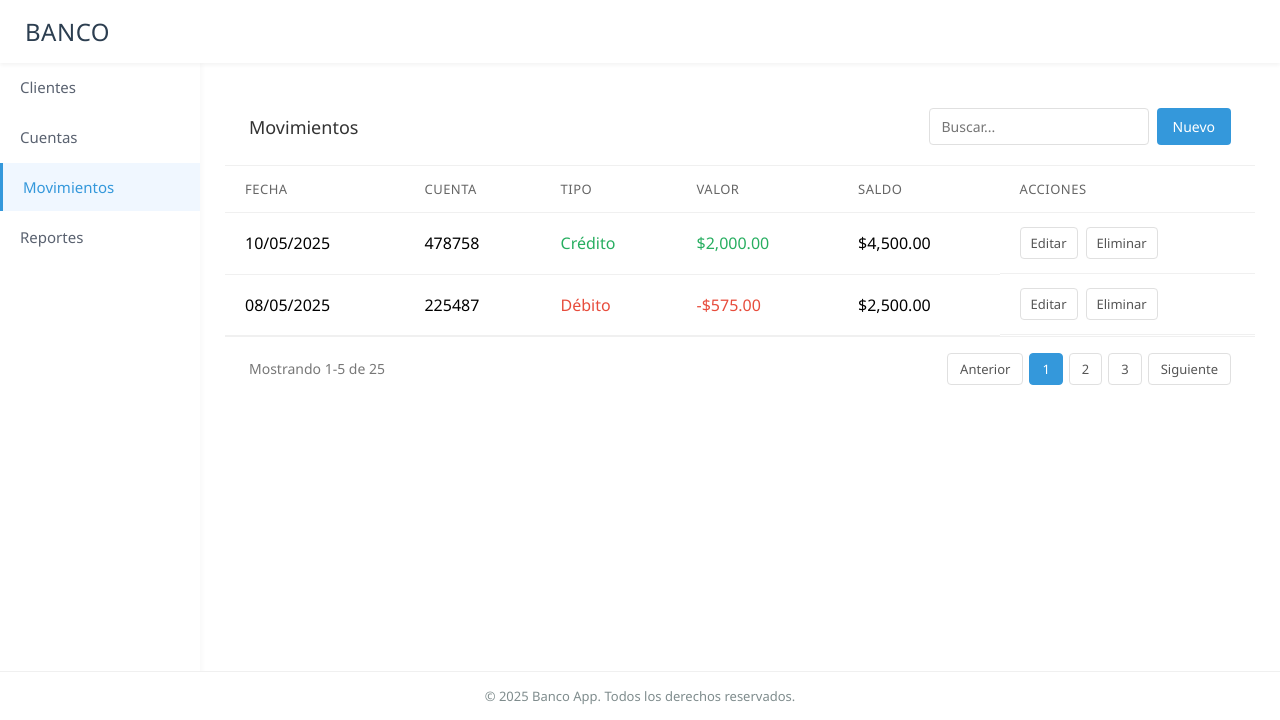
Repository: nder1996/Bank-Devsu
Page: /movimientos (app in Frontend/banco-devsu/)
An editor plug-in stored every save of this project. The page is shown before and after the next save, followed by the edit.
The browser window is 1280 px wide. The pictures show the whole page.
The project was rebuilt for these pictures with package versions that can differ from the ones it lists, and the page was loaded fresh each time. Also part of the build but not shown: Frontend/banco-devsu/angular.json, Frontend/banco-devsu/src/app/presentation/pages/clientes/clientes.component.ts, Frontend/banco-devsu/src/app/core/services/cliente.service.ts, Frontend/banco-devsu/src/environments/environment.ts, Frontend/banco-devsu/src/app/presentation/pages/cuentas/cuentas.component.ts, Frontend/banco-devsu/src/app/presentation/pages/reportes/reportes.component.ts.

Above is the page before, as saved 2025-08-22 09:19:05.

### Frontend/banco-devsu/src/index.html
<!doctype html>
<html lang="en">
<head>
  <meta charset="utf-8">
  <title>BancoDevsu</title>
  <base href="/">
  <meta name="viewport" content="width=device-width, initial-scale=1">
  <link rel="icon" type="image/x-icon" href="favicon.ico">
</head>
<body>
  <app-root></app-root>
</body>
</html>

### Frontend/banco-devsu/src/styles.css
/* You can add global styles to this file, and also import other style files */
* {
  box-sizing: border-box;
  font-family: 'Segoe UI', Roboto, 'Helvetica Neue', Arial, sans-serif;
  margin: 0;
  padding: 0;
}

html, body {
  height: 100%;
  overflow: hidden; /* Evita el scroll en el body */
}

.app-container {
  display: flex;
  flex-direction: column;
  height: 100vh;
  overflow: hidden;
}

.main-content {
  display: flex;
  flex: 1;
  height: calc(100vh - 115px); /* Altura total - (header + footer) */
  overflow: hidden;
}

.content {
  flex: 1;
  overflow-y: auto; /* Solo scroll en el área de contenido */
  padding: 25px;
}

### Frontend/banco-devsu/src/app/app.module.ts
import { NgModule } from '@angular/core';
import { BrowserModule } from '@angular/platform-browser';

import { AppRoutingModule } from './app-routing.module';
import { AppComponent } from './app.component';
import { HeaderComponent } from './presentation/layout/header/header.component';
import { SidebarComponent } from './presentation/layout/sidebar/sidebar.component';
import { ClientesComponent } from './presentation/pages/clientes/clientes.component';
import { CuentasComponent } from './presentation/pages/cuentas/cuentas.component';
import { MovimientosComponent } from './presentation/pages/movimientos/movimientos.component';
import { ReportesComponent } from './presentation/pages/reportes/reportes.component';
import { FooterComponent } from './presentation/layout/footer/footer.component';

@NgModule({
  declarations: [
    AppComponent,
    HeaderComponent,
    SidebarComponent,
    ClientesComponent,
    CuentasComponent,
    MovimientosComponent,
    ReportesComponent,
    FooterComponent
  ],
  imports: [
    BrowserModule,
    AppRoutingModule
  ],
  providers: [],
  bootstrap: [AppComponent]
})
export class AppModule { }

### Frontend/banco-devsu/src/app/app-routing.module.ts
import { NgModule } from '@angular/core';
import { RouterModule, Routes } from '@angular/router';
import { ClientesComponent } from './presentation/pages/clientes/clientes.component';
import { CuentasComponent } from './presentation/pages/cuentas/cuentas.component';
import { MovimientosComponent } from './presentation/pages/movimientos/movimientos.component';
import { ReportesComponent } from './presentation/pages/reportes/reportes.component';

const routes: Routes = [
  { path: '', redirectTo: '/clientes', pathMatch: 'full' },
  { path: 'clientes', component: ClientesComponent },
  //{ path: 'clientes/nuevo', component: ClienteFormComponent },
  //{ path: 'clientes/editar/:id', component: ClienteFormComponent },
  { path: 'cuentas', component: CuentasComponent },
  //{ path: 'cuentas/nuevo', component: CuentaFormComponent },
  //{ path: 'cuentas/editar/:id', component: CuentaFormComponent },
  { path: 'movimientos', component: MovimientosComponent },
  //{ path: 'movimientos/nuevo', component: MovimientoFormComponent },
  { path: 'reportes', component: ReportesComponent }
];

@NgModule({
  imports: [RouterModule.forRoot(routes)],
  exports: [RouterModule]
})
export class AppRoutingModule { }

### Frontend/banco-devsu/src/app/app.component.ts
import { Component } from '@angular/core';

@Component({
  selector: 'app-root',
  templateUrl: './app.component.html',
  styleUrls: ['./app.component.css']
})
export class AppComponent {
  title = 'banco-devsu';
}

### Frontend/banco-devsu/src/app/presentation/pages/movimientos/movimientos.component.ts
import { Component } from '@angular/core';

@Component({
  selector: 'app-movimientos',
  templateUrl: './movimientos.component.html',
  styleUrls: ['./movimientos.component.css']
})
export class MovimientosComponent {
 // Datos quemados
  items = [
    { fecha: '10/08/2025', cuenta: '478758', tipo: 'Crédito', valor: 2000, saldo: 4500 },
    { fecha: '08/08/2025', cuenta: '225487', tipo: 'Débito', valor: -575, saldo: 2500 },
    { fecha: '05/08/2025', cuenta: '495878', tipo: 'Crédito', valor: 600, saldo: 700 },
    { fecha: '01/08/2025', cuenta: '496825', tipo: 'Débito', valor: -150, saldo: 0 },
    { fecha: '30/07/2025', cuenta: '478758', tipo: 'Crédito', valor: 1500, saldo: 3000 },
    { fecha: '28/07/2025', cuenta: '225487', tipo: 'Débito', valor: -800, saldo: 3075 },
    { fecha: '26/07/2025', cuenta: '495878', tipo: 'Crédito', valor: 100, saldo: 100 },
    { fecha: '20/07/2025', cuenta: '496825', tipo: 'Débito', valor: -250, saldo: 150 },
    { fecha: '15/07/2025', cuenta: '478758', tipo: 'Crédito', valor: 1000, saldo: 1500 },
    { fecha: '10/07/2025', cuenta: '225487', tipo: 'Débito', valor: -125, saldo: 3875 },
    { fecha: '05/07/2025', cuenta: '495878', tipo: 'Crédito', valor: 900, saldo: 1000 },
    { fecha: '01/07/2025', cuenta: '496825', tipo: 'Débito', valor: -300, saldo: 400 }
  ];

   // Variables de paginación
  paginatedItems: any[] = [];
  currentPage = 1;
  pageSize = 5;
  totalPages = 0;
  pages: number[] = [];
  startIndex = 0;
  endIndex = 0;

  ngOnInit() {
    this.totalPages = Math.ceil(this.items.length / this.pageSize);
    this.generatePages();
    this.updatePage();
  }

  // Generar array de números de página
  generatePages() {
    this.pages = [];
    for (let i = 1; i <= this.totalPages; i++) {
      this.pages.push(i);
    }
  }

  // Cambiar a la página seleccionada
  changePage(page: number) {
    if (page >= 1 && page <= this.totalPages) {
      this.currentPage = page;
      this.updatePage();
    }
  }

  // Actualizar elementos mostrados
  updatePage() {
    this.startIndex = (this.currentPage - 1) * this.pageSize;
    this.endIndex = Math.min(this.startIndex + this.pageSize, this.items.length);
    this.paginatedItems = this.items.slice(this.startIndex, this.endIndex);
  }
}

### Frontend/banco-devsu/src/app/app.component.html
<div class="app-container">
  <app-header></app-header>
  <div class="main-content">
    <app-sidebar></app-sidebar>
    <main class="content">
      <router-outlet></router-outlet>
    </main>
  </div>
  <app-footer></app-footer>
</div>

### Frontend/banco-devsu/src/app/presentation/layout/header/header.component.html
<header class="header">
  <h1 class="header-title">BANCO</h1>
</header>

### Frontend/banco-devsu/src/app/presentation/layout/header/header.component.css
.header {
  background-color: white;
  box-shadow: 0 2px 4px rgba(0, 0, 0, 0.05);
  padding: 15px 25px;
  position: sticky;
  top: 0;
  z-index: 100;
}

.header-title {
  color: #2c3e50;
  font-size: 24px;
  font-weight: 500;
  letter-spacing: 0.5px;
  margin: 0;
}

### Frontend/banco-devsu/src/app/presentation/layout/sidebar/sidebar.component.html
<nav class="sidebar">
  <ul class="sidebar-menu">
    <li class="sidebar-item" [routerLinkActive]="'active'">
      <a [routerLink]="['/clientes']">Clientes</a>
    </li>
    <li class="sidebar-item" [routerLinkActive]="'active'">
      <a [routerLink]="['/cuentas']">Cuentas</a>
    </li>
    <li class="sidebar-item" [routerLinkActive]="'active'">
      <a [routerLink]="['/movimientos']">Movimientos</a>
    </li>
    <li class="sidebar-item" [routerLinkActive]="'active'">
      <a [routerLink]="['/reportes']">Reportes</a>
    </li>
  </ul>
</nav>

### Frontend/banco-devsu/src/app/presentation/layout/sidebar/sidebar.component.css
.sidebar {
  background-color: white;
  box-shadow: 2px 0 5px rgba(0, 0, 0, 0.03);
  height: calc(100vh - 60px);
  width: 200px;
}

.sidebar-menu {
  list-style: none;
  margin: 0;
  padding: 0;
}

.sidebar-item {
  margin-bottom: 2px;
}

.sidebar-item a {
  color: #5a6270;
  display: block;
  font-size: 15px;
  padding: 14px 20px;
  text-decoration: none;
  transition: all 0.2s ease;
}

.sidebar-item a:hover {
  background-color: #f8f9fa;
  color: #3498db;
  padding-left: 24px;
}

.sidebar-item.active a {
  background-color: #f0f7ff;
  border-left: 3px solid #3498db;
  color: #3498db;
  font-weight: 500;
}

### Frontend/banco-devsu/src/app/presentation/pages/movimientos/movimientos.component.html
<div class="table-section">
  <!-- Título y barra de búsqueda -->
  <div class="table-header">
    <h2>Movimientos</h2>
    <div class="actions">
      <input type="text" class="search" placeholder="Buscar...">
      <button class="btn-add">Nuevo</button>
    </div>
  </div>

  <!-- Tabla de datos -->
  <table class="data-table">
    <thead>
      <tr>
        <th>Fecha</th>
        <th>Cuenta</th>
        <th>Tipo</th>
        <th>Valor</th>
        <th>Saldo</th>
        <th>Acciones</th>
      </tr>
    </thead>
    <tbody>
      <tr>
        <td>10/05/2025</td>
        <td>478758</td>
        <td class="tipo-credito">Crédito</td>
        <td class="valor-positivo">$2,000.00</td>
        <td>$4,500.00</td>
        <td class="actions">
          <button class="btn-edit">Editar</button>
          <button class="btn-delete">Eliminar</button>
        </td>
      </tr>
      <tr>
        <td>08/05/2025</td>
        <td>225487</td>
        <td class="tipo-debito">Débito</td>
        <td class="valor-negativo">-$575.00</td>
        <td>$2,500.00</td>
        <td class="actions">
          <button class="btn-edit">Editar</button>
          <button class="btn-delete">Eliminar</button>
        </td>
      </tr>
      <!-- Filas adicionales aquí -->
    </tbody>
  </table>

  <!-- Paginación simple -->
  <div class="pagination">
    <span class="page-info">Mostrando 1-5 de 25</span>
    <div class="page-controls">
      <button class="page-btn">Anterior</button>
      <button class="page-btn active">1</button>
      <button class="page-btn">2</button>
      <button class="page-btn">3</button>
      <button class="page-btn">Siguiente</button>
    </div>
  </div>
</div>

### Frontend/banco-devsu/src/app/presentation/pages/movimientos/movimientos.component.css
/* Contenedor principal */
.table-section {
  background-color: white;
  border-radius: 8px;
  font-family: -apple-system, BlinkMacSystemFont, 'Segoe UI', Roboto, Oxygen, Ubuntu, sans-serif;
}

/* Cabecera de la tabla */
.table-header {
  display: flex;
  justify-content: space-between;
  align-items: center;
  padding: 20px 24px;
  border-bottom: 1px solid #f0f0f0;
}

.table-header h2 {
  color: #333;
  font-size: 18px;
  font-weight: 500;
  margin: 0;
}

.actions {
  display: flex;
  gap: 12px;
}

.search {
  border: 1px solid #e0e0e0;
  border-radius: 4px;
  font-size: 14px;
  padding: 8px 12px;
  width: 220px;
}

.btn-add {
  background-color: #3498db;
  border: none;
  border-radius: 4px;
  color: white;
  cursor: pointer;
  font-size: 14px;
  font-weight: 500;
  padding: 8px 16px;
  transition: background-color 0.15s ease;
}

.btn-add:hover {
  background-color: #2980b9;
}

/* Tabla de datos */
.data-table {
  border-collapse: collapse;
  width: 100%;
}

.data-table th,
.data-table td {
  border-bottom: 1px solid #f0f0f0;
  padding: 14px 20px;
  text-align: left;
}

.data-table th {
  color: #666;
  font-size: 13px;
  font-weight: 500;
  text-transform: uppercase;
  letter-spacing: 0.5px;
}

.data-table tr:hover {
  background-color: #f9f9f9;
}

/* Estilos para valores específicos */
.tipo-credito {
  color: #27ae60;
}

.tipo-debito {
  color: #e74c3c;
}

.valor-positivo {
  color: #27ae60;
  font-weight: 500;
}

.valor-negativo {
  color: #e74c3c;
  font-weight: 500;
}

/* Botones de acción */
.actions {
  display: flex;
  gap: 8px;
}

.btn-edit, .btn-delete {
  background-color: transparent;
  border: 1px solid #e0e0e0;
  border-radius: 4px;
  color: #555;
  cursor: pointer;
  font-size: 13px;
  padding: 6px 10px;
  transition: all 0.15s ease;
}

.btn-edit:hover {
  background-color: #f0f7ff;
  border-color: #3498db;
  color: #3498db;
}

.btn-delete:hover {
  background-color: #fff5f5;
  border-color: #e74c3c;
  color: #e74c3c;
}

/* Paginación */
.pagination {
  display: flex;
  justify-content: space-between;
  align-items: center;
  padding: 16px 24px;
  border-top: 1px solid #f0f0f0;
}

.page-info {
  color: #777;
  font-size: 14px;
}

.page-controls {
  display: flex;
  gap: 6px;
}

.page-btn {
  background-color: transparent;
  border: 1px solid #e0e0e0;
  border-radius: 4px;
  color: #555;
  cursor: pointer;
  font-size: 13px;
  padding: 6px 12px;
  transition: all 0.15s ease;
}

.page-btn:hover {
  background-color: #f8f8f8;
  border-color: #bbb;
}

.page-btn.active {
  background-color: #3498db;
  border-color: #3498db;
  color: white;
}

### Frontend/banco-devsu/src/app/presentation/layout/footer/footer.component.html
<footer class="footer">
  <div class="footer-content">
    <p>&copy; 2025 Banco App. Todos los derechos reservados.</p>
  </div>
</footer>

### Frontend/banco-devsu/src/app/presentation/layout/footer/footer.component.css
.footer {
  background-color: white;
  border-top: 1px solid #f0f0f0;
  color: #7f8c8d;
  font-size: 13px;
  padding: 15px 25px;
  text-align: center;
}

.footer-content p {
  margin: 0;
}

Loaded but not shown: Frontend/banco-devsu/src/main.ts (common file); Frontend/banco-devsu/src/app/presentation/layout/header/header.component.ts (common file); Frontend/banco-devsu/src/app/presentation/layout/sidebar/sidebar.component.ts (common file); Frontend/banco-devsu/src/app/presentation/layout/footer/footer.component.ts (common file); Frontend/banco-devsu/src/app/app.component.css (no stored copy; drawn as an empty file)

After the next save:
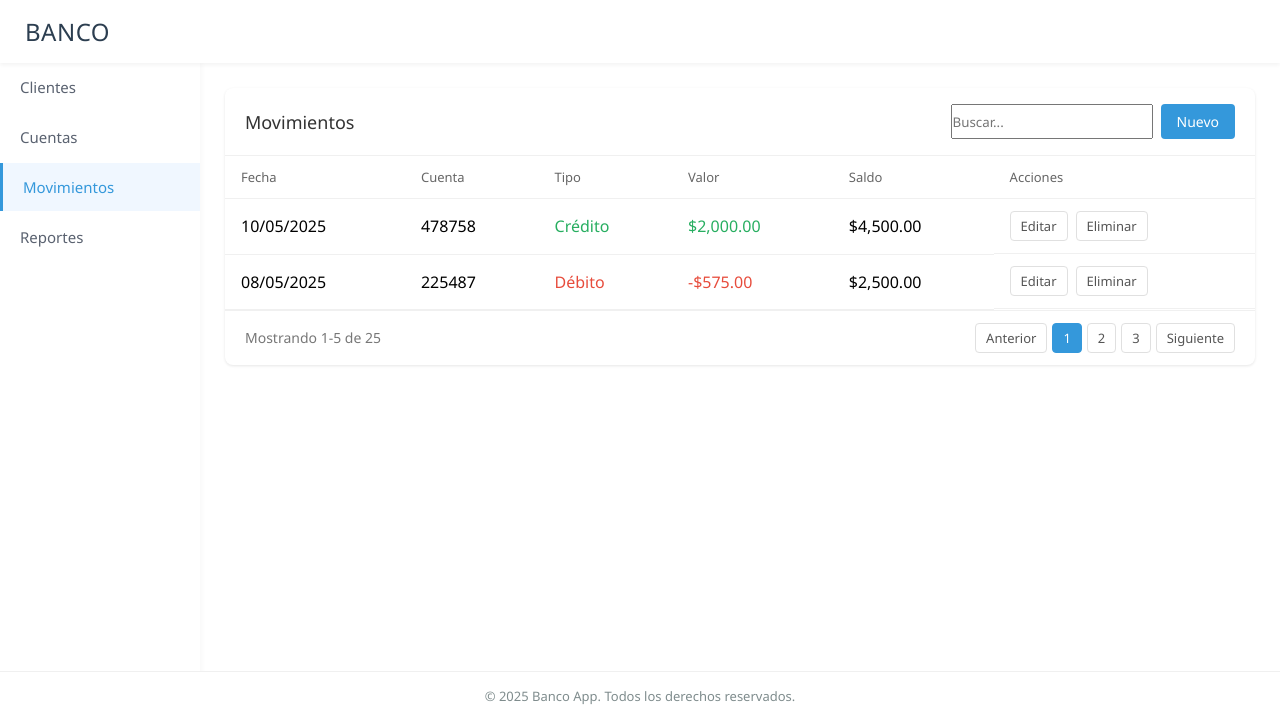
Saved 15 s later.
--- a/Frontend/banco-devsu/src/app/presentation/pages/movimientos/movimientos.component.css
+++ b/Frontend/banco-devsu/src/app/presentation/pages/movimientos/movimientos.component.css
@@ -2,15 +2,16 @@
 .table-section {
   background-color: white;
   border-radius: 8px;
-  font-family: -apple-system, BlinkMacSystemFont, 'Segoe UI', Roboto, Oxygen, Ubuntu, sans-serif;
+  box-shadow: 0 1px 3px rgba(0, 0, 0, 0.1);
+  font-family: -apple-system, BlinkMacSystemFont, 'Segoe UI', Roboto, sans-serif;
 }
 
-/* Cabecera de la tabla */
+/* Cabecera */
 .table-header {
   display: flex;
   justify-content: space-between;
   align-items: center;
-  padding: 20px 24px;
+  padding: 16px 20px;
   border-bottom: 1px solid #f0f0f0;
 }
 
@@ -21,19 +22,6 @@
   margin: 0;
 }
 
-.actions {
-  display: flex;
-  gap: 12px;
-}
-
-.search {
-  border: 1px solid #e0e0e0;
-  border-radius: 4px;
-  font-size: 14px;
-  padding: 8px 12px;
-  width: 220px;
-}
-
 .btn-add {
   background-color: #3498db;
   border: none;
@@ -41,25 +29,19 @@
   color: white;
   cursor: pointer;
   font-size: 14px;
-  font-weight: 500;
   padding: 8px 16px;
-  transition: background-color 0.15s ease;
 }
 
-.btn-add:hover {
-  background-color: #2980b9;
-}
-
-/* Tabla de datos */
+/* Tabla */
 .data-table {
+  width: 100%;
   border-collapse: collapse;
-  width: 100%;
 }
 
 .data-table th,
 .data-table td {
   border-bottom: 1px solid #f0f0f0;
-  padding: 14px 20px;
+  padding: 12px 16px;
   text-align: left;
 }
 
@@ -67,34 +49,13 @@
   color: #666;
   font-size: 13px;
   font-weight: 500;
-  text-transform: uppercase;
-  letter-spacing: 0.5px;
 }
 
-.data-table tr:hover {
-  background-color: #f9f9f9;
-}
+.tipo-credito { color: #27ae60; }
+.tipo-debito { color: #e74c3c; }
+.valor-positivo { color: #27ae60; font-weight: 500; }
+.valor-negativo { color: #e74c3c; font-weight: 500; }
 
-/* Estilos para valores específicos */
-.tipo-credito {
-  color: #27ae60;
-}
-
-.tipo-debito {
-  color: #e74c3c;
-}
-
-.valor-positivo {
-  color: #27ae60;
-  font-weight: 500;
-}
-
-.valor-negativo {
-  color: #e74c3c;
-  font-weight: 500;
-}
-
-/* Botones de acción */
 .actions {
   display: flex;
   gap: 8px;
@@ -107,28 +68,18 @@
   color: #555;
   cursor: pointer;
   font-size: 13px;
-  padding: 6px 10px;
-  transition: all 0.15s ease;
+  padding: 5px 10px;
 }
 
-.btn-edit:hover {
-  background-color: #f0f7ff;
-  border-color: #3498db;
-  color: #3498db;
-}
-
-.btn-delete:hover {
-  background-color: #fff5f5;
-  border-color: #e74c3c;
-  color: #e74c3c;
-}
+.btn-edit:hover { background-color: #f0f7ff; color: #3498db; }
+.btn-delete:hover { background-color: #fff5f5; color: #e74c3c; }
 
 /* Paginación */
 .pagination {
   display: flex;
   justify-content: space-between;
   align-items: center;
-  padding: 16px 24px;
+  padding: 12px 20px;
   border-top: 1px solid #f0f0f0;
 }
 
@@ -139,7 +90,7 @@
 
 .page-controls {
   display: flex;
-  gap: 6px;
+  gap: 5px;
 }
 
 .page-btn {
@@ -149,13 +100,11 @@
   color: #555;
   cursor: pointer;
   font-size: 13px;
-  padding: 6px 12px;
-  transition: all 0.15s ease;
+  padding: 5px 10px;
 }
 
-.page-btn:hover {
+.page-btn:hover:not(:disabled) {
   background-color: #f8f8f8;
-  border-color: #bbb;
 }
 
 .page-btn.active {
@@ -163,3 +112,8 @@
   border-color: #3498db;
   color: white;
 }
+
+.page-btn:disabled {
+  opacity: 0.5;
+  cursor: not-allowed;
+}
